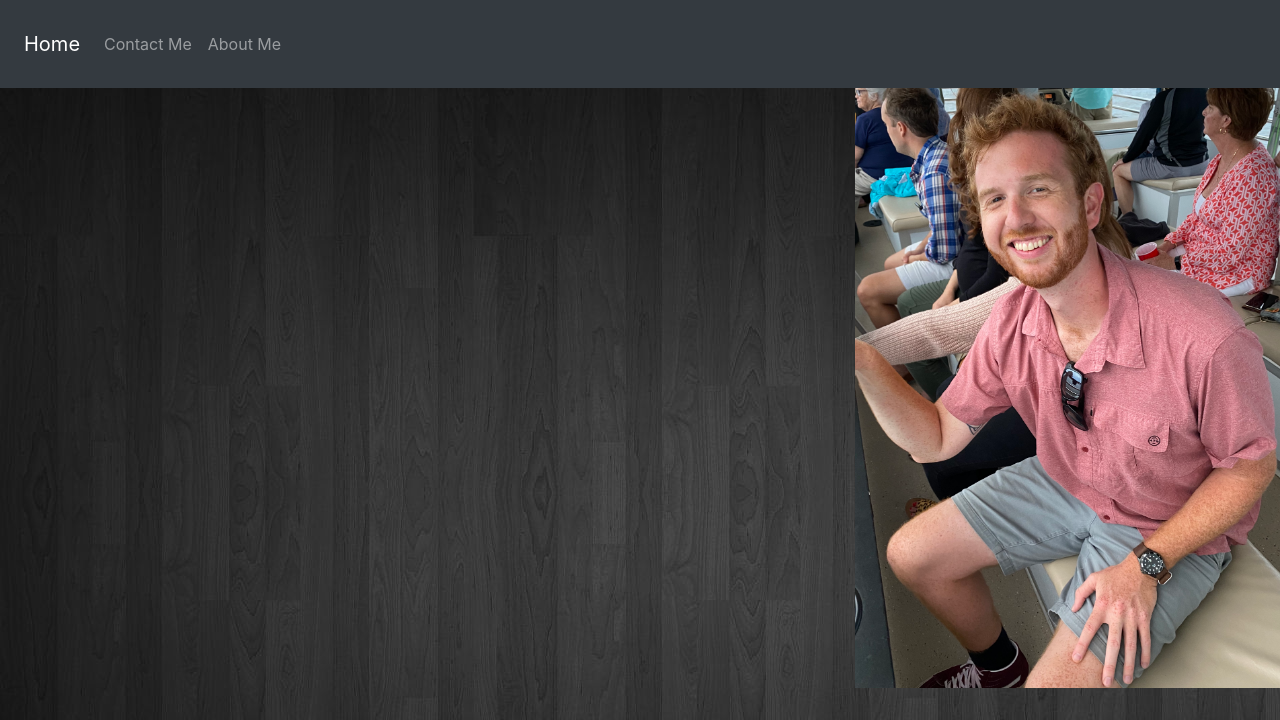
Repository: dupbd/portfolioWebPage
Page: BensSite/src/main/resources/static/aboutMe.html
These files come from the project's save history. The page is drawn as it stood at one moment and after the next save; the edit follows.
The browser window is 1280 px wide. The pictures show the whole page.

Above is the page before, as saved 2021-02-04 00:55:32.

After the next save:
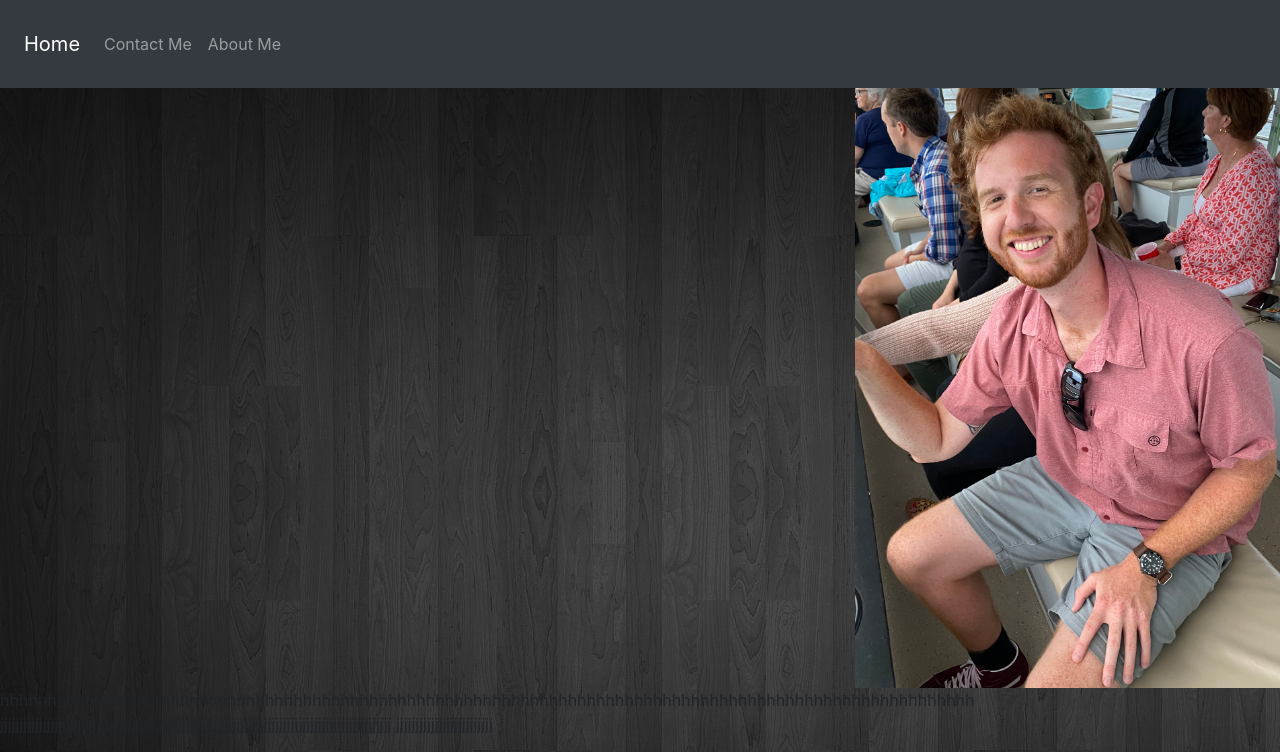
Saved 45 s later.
--- a/BensSite/src/main/resources/static/aboutMe.html
+++ b/BensSite/src/main/resources/static/aboutMe.html
@@ -27,6 +27,10 @@
 
 <img class="me" src="me.jpeg" alt="It's Me" width="425" height="600" ALIGN="right">
 
+<p>hhhhhhhhhhhhhhhhhhhhhhhhhhhhhhhhhhhhhhhhhhhhhhhhhhhhhhhhhhhhhhhhhhhhhhhhhhhhhhhhhhhhhhhhhhhhhhhhhhhhhhh
+jjjjjjjjjjjjjjjjjjjjjjjjjjjjjjjjjjjjjjjjjjjjjjjjjjjjjjjjjjjjjjjjjjjjjjjjjjjjjjjjjjjjjjjjjjjjjjjjjjjjj
+jjjjjjjjjjjjjjjjjjjjjjjjj</p>
+
 
 </body>
 
